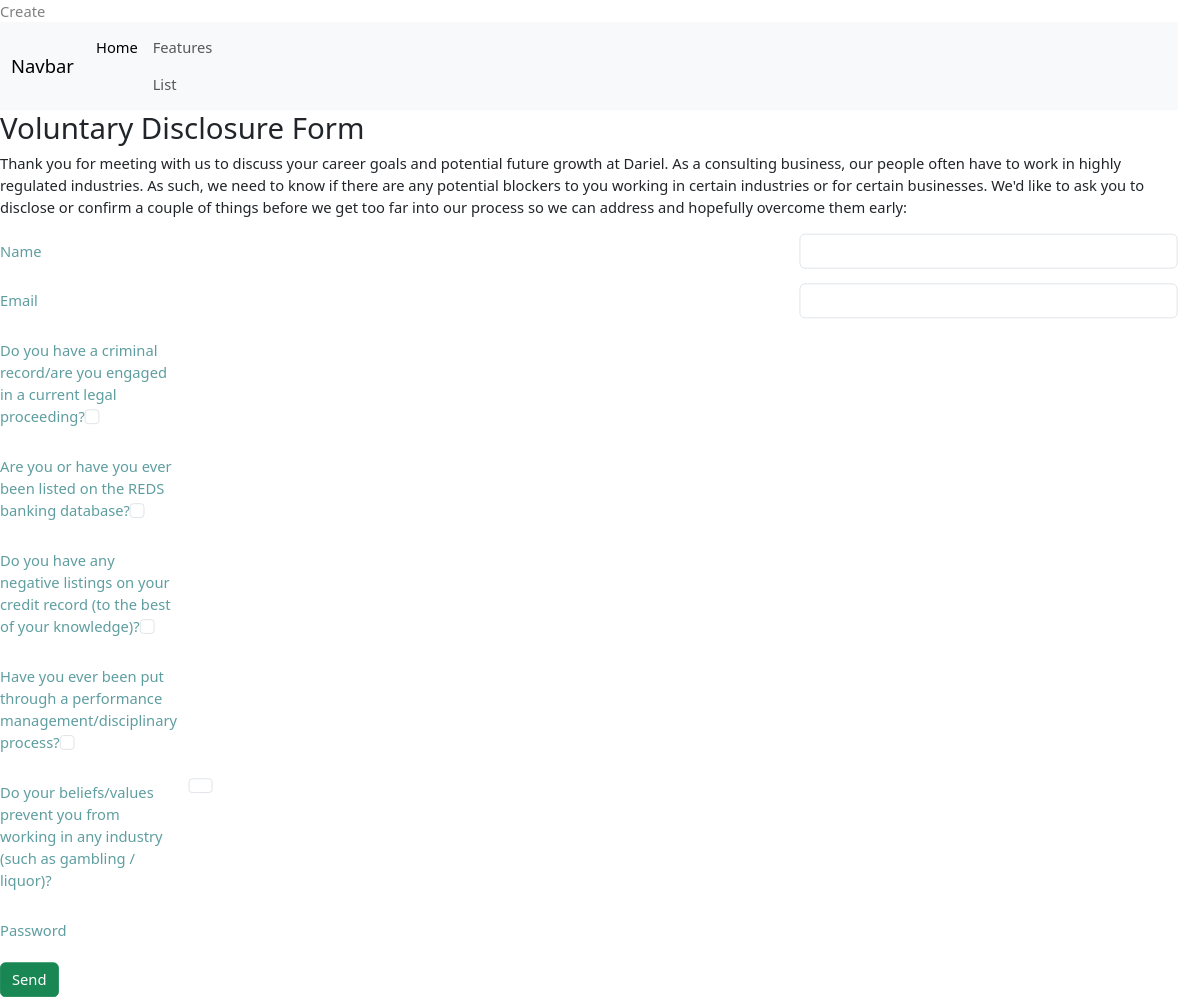
Repository: NtuthukoM/VoluntaryDisclosure
Page: / (app in disclosures-client/)
An editor plug-in stored every save of this project. The page is shown before and after the next save, followed by the edit.
The browser window is 1280 px wide. The page is 1292 px wide, so the pictures cover 1292 px, including what lies to the right of the window. The pictures show the whole page, at 92% of full size.
The project was rebuilt for these pictures with package versions that can differ from the ones it lists, and the page was loaded fresh each time. Also part of the build but not shown: disclosures-client/src/pages/ListDisclosures.js, disclosures-client/src/pages/DisclosureDetails.js, disclosures-client/src/pages/DisclosureSubmitted.js.

Above is the page before, as saved 2023-05-30 20:52:23.

After the next save:
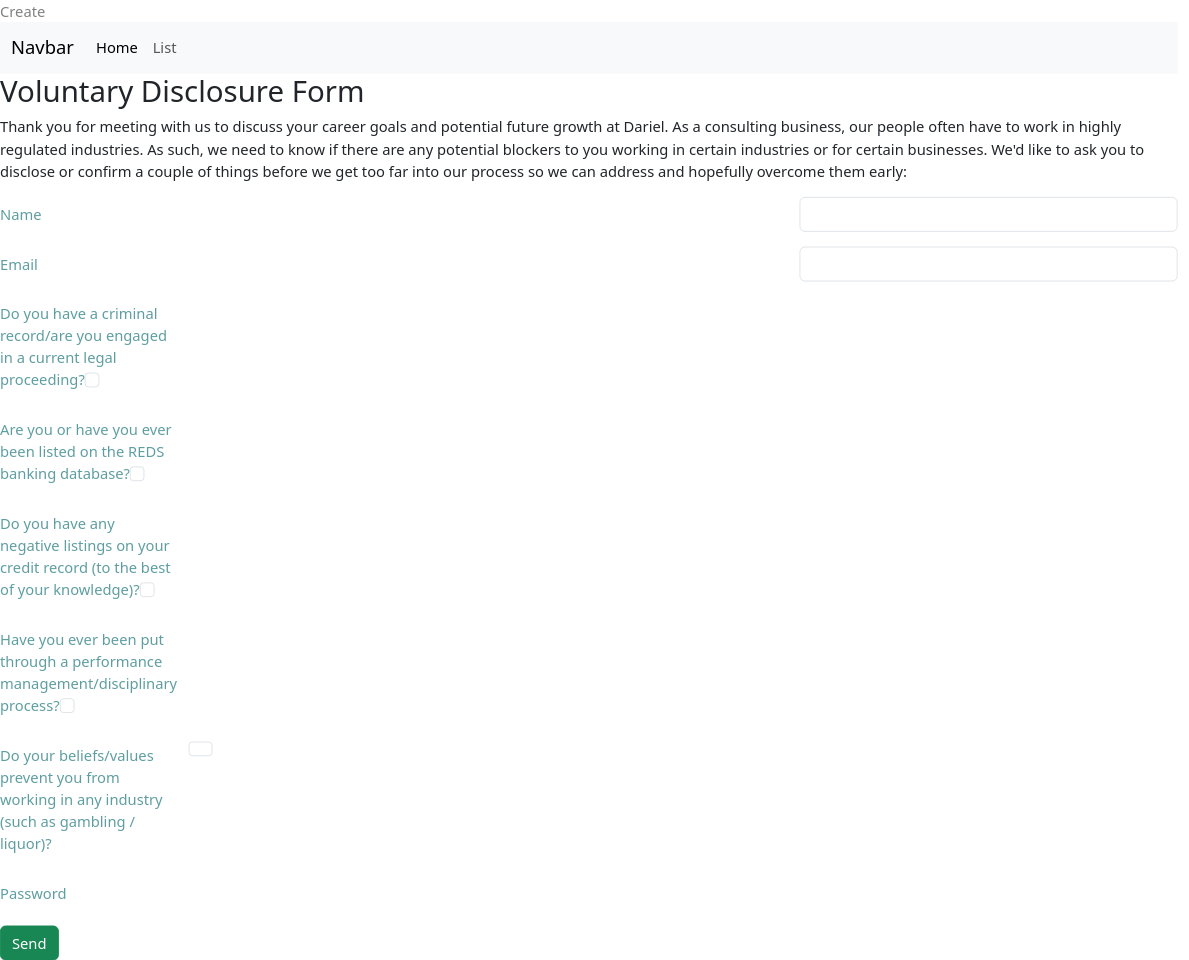
Saved 7 s later.
--- a/disclosures-client/src/components/nav.js
+++ b/disclosures-client/src/components/nav.js
@@ -19,7 +19,6 @@ export function Nav(){
           <a className="nav-link active" aria-current="page" href="#">Home</a>
         </li>
         <li className="nav-item">
-          <a className="nav-link" href="#">Features</a>
           <NavLink to="/list" className={({isActive}) => isActive ? "active nav-link" : "nav-link"}>List </NavLink>
         </li>
       </ul>
